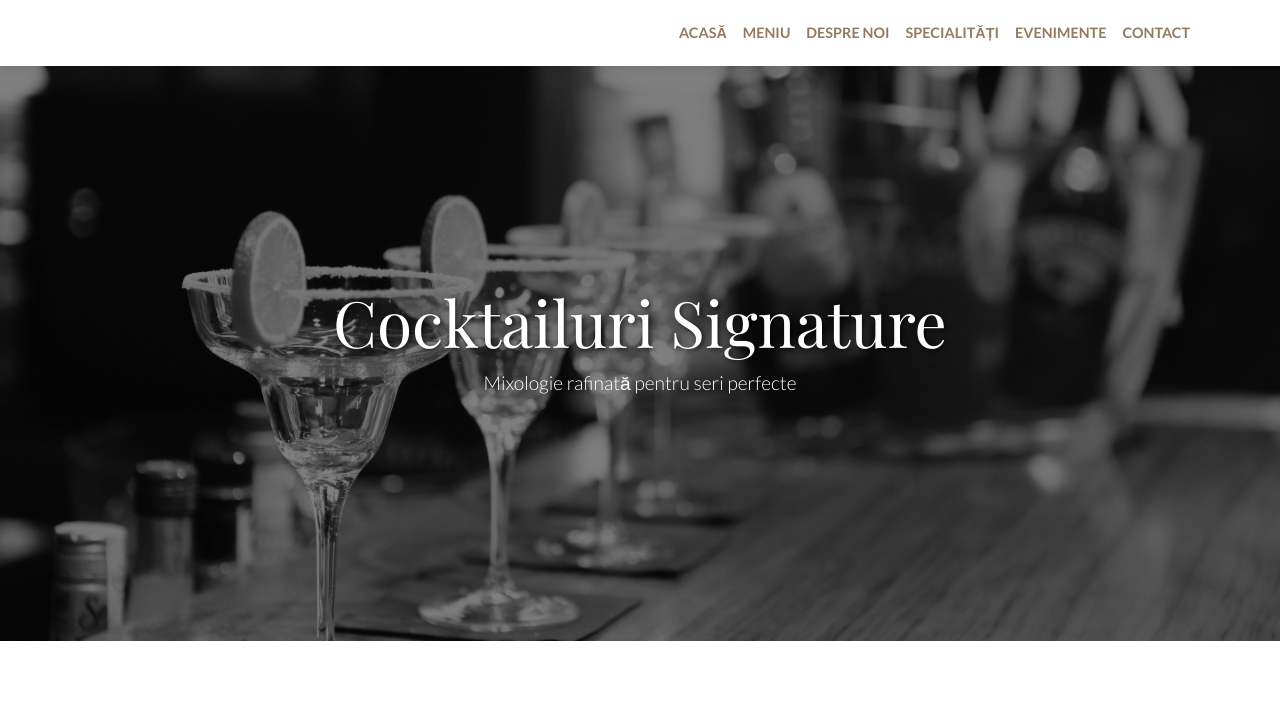
Repository: 912-Comsa-Teodora/bistrot-restaurant
Page: restaurant/index.html
An editor plug-in stored every save of this project. The page is shown before and after the next save, followed by the edit.
The browser window is 1280 px wide. The pictures show the part of the page from y = 0 to 701 px (the page is 3068 px tall).
A picture or video elsewhere on the page could not be fetched, so the positions and the page height are approximate.

Above is the page before, as saved 2026-01-17 14:18:17.

After the next save:
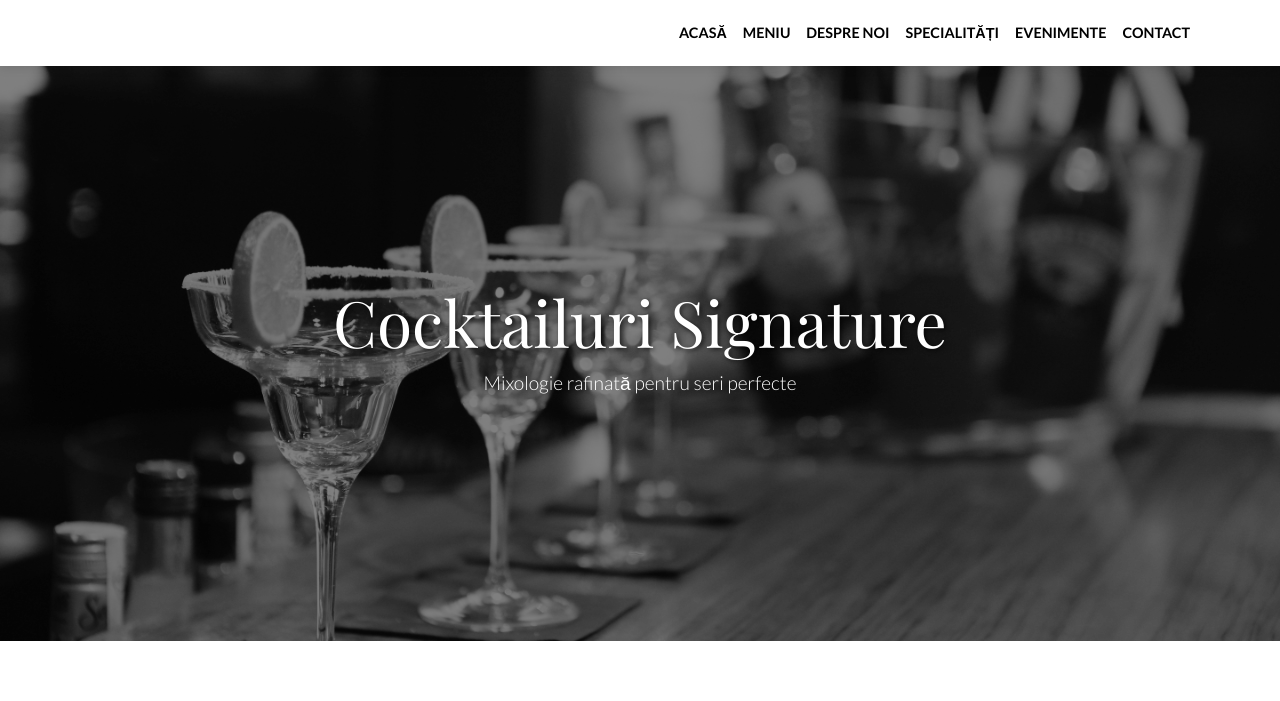
Saved 38 s later.
--- a/restaurant/index.html
+++ b/restaurant/index.html
@@ -17,8 +17,8 @@
     <style>
         :root {
             --primary-color: #740427; /* Visiniu elegant stil Toulouse */
-            --gold-color: #C8EAD3;
-            --text-dark: #937B63;
+            --mint-color: #C8EAD3;
+            --text-brown: #937B63;
         }
 
         body {
